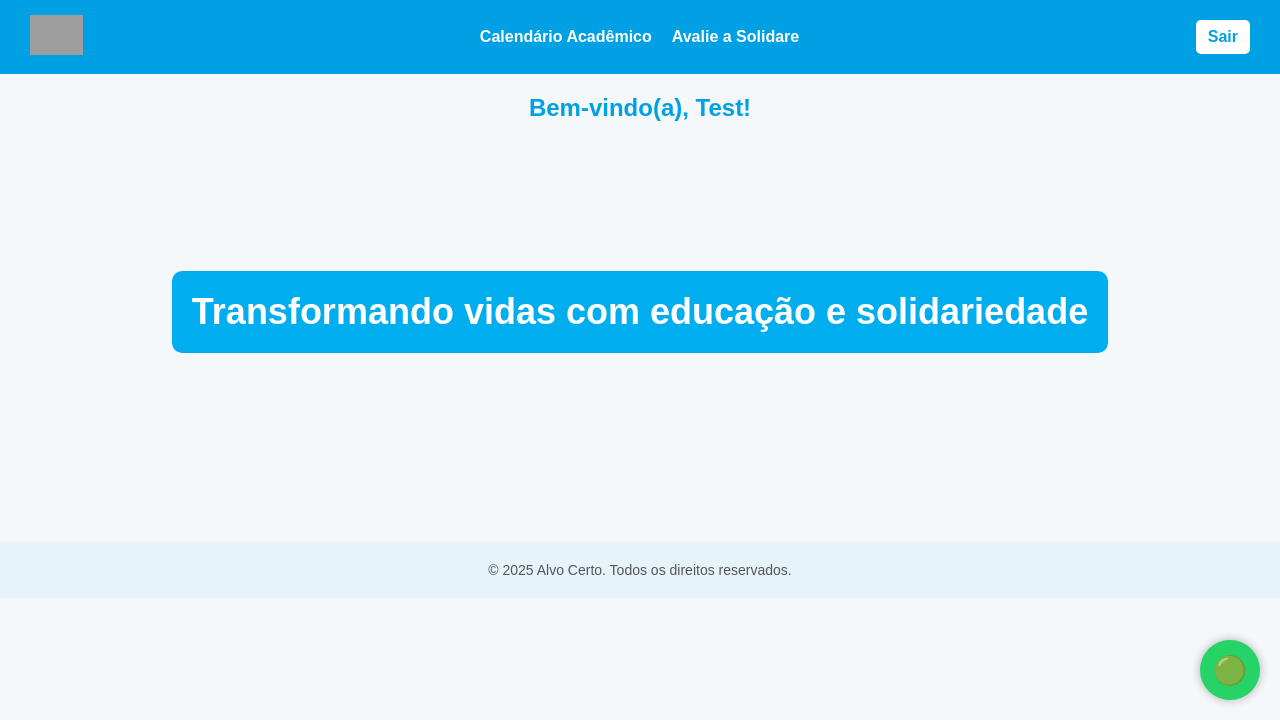
Repository: Guilherme-burle/Portal-do-Aluno-P2
Page: http://localhost/
An editor plug-in stored every save of this project. The page is shown before and after the next save, followed by the edit.
The browser window is 1280 px wide. The pictures show the whole page.
Pictures or frames that could not be fetched are drawn as grey boxes. The page is served by the project's application, run on Django 5.2 (PortaldoAluno/manage.py). A made-up administrator, testuser (Test User, test@example.com), is signed in. Other server files are loaded and not shown.

Above is the page before, as saved 2025-05-16 16:50:42.

### PortaldoAluno/Aplicativo/templates/home.html
<!DOCTYPE html>
<html lang="pt-BR">
<head>
  <meta charset="UTF-8">
  <title>Home - Alvo Certo</title>
  <style>
    * {
      box-sizing: border-box;
    }

    body {
      margin: 0;
      font-family: Arial, sans-serif;
      background-color: #f5f8fa;
    }

    header {
      background-color: #00a0e4;
      padding: 15px 30px;
      display: flex;
      align-items: center;
      justify-content: space-between;
      position: sticky;
      top: 0;
      z-index: 1000;
      flex-wrap: wrap;
    }

    .logo img {
      height: 40px;
    }

    nav ul {
      list-style: none;
      margin: 0;
      padding: 0;
      display: flex;
      gap: 20px;
    }

    nav ul li a {
      color: white;
      text-decoration: none;
      font-weight: bold;
      transition: color 0.3s ease;
    }

    nav ul li a:hover {
      color: #ccefff;
    }

    .auth-buttons {
      display: flex;
      gap: 10px;
    }

    .auth-buttons a {
      background-color: white;
      color: #00a0e4;
      padding: 8px 12px;
      border-radius: 5px;
      text-decoration: none;
      font-weight: bold;
    }

    .auth-buttons a:hover {
      background-color: #e6f4fa;
    }

    .banner {
      background-size: cover;
      background-position: center;
      height: 340px;
      display: flex;
      align-items: center;
      justify-content: center;
      color: white;
      text-align: center;
      animation: zoomIn 20s infinite alternate ease-in-out;
    }

    @keyframes zoomIn {
      from {
        background-size: 100%;
      }
      to {
        background-size: 110%;
      }
    }

    .banner h1 {
      background-color: rgb(0, 174, 239);
      padding: 20px;
      border-radius: 10px;
      font-size: 36px;
    }

    .whatsapp-float {
      position: fixed;
      bottom: 20px;
      right: 20px;
      background-color: #25d366;
      color: white;
      border-radius: 50%;
      width: 60px;
      height: 60px;
      display: flex;
      align-items: center;
      justify-content: center;
      font-size: 28px;
      box-shadow: 0 0 10px rgba(0,0,0,0.3);
      z-index: 999;
      text-decoration: none;
    }

    footer {
      background-color: #e6f4fa;
      text-align: center;
      padding: 20px;
      margin-top: 60px;
      font-size: 14px;
      color: #555;
    }

    @media (max-width: 768px) {
      nav ul {
        flex-wrap: wrap;
        gap: 10px;
        margin-top: 10px;
      }

      .auth-buttons {
        margin-top: 10px;
      }

      .banner h1 {
        font-size: 24px;
        padding: 10px;
      }
    }
  </style>
</head>
<body>

  <header>
    <div class="logo">
      <img src="https://i.imgur.com/7H8lMIL.png" alt="Logo Alvo Certo">
    </div>

    <nav>
      <ul>
        {% if user.is_authenticated %}
        <li><a href="{% url 'calendario' %}">Calendário Acadêmico</a></li>
        <li><a href="{% url 'avaliacao' %}">Avalie a Solidare</a></li>
        {% endif %}
      </ul>
    </nav>

    <div class="auth-buttons">
      {% if user.is_authenticated %}
        <a href="{% url 'logout' %}">Sair</a>
      {% else %}
        <a href="{% url 'login' %}">Login</a>
        <a href="{% url 'cadastro' %}">Cadastro</a>
      {% endif %}
    </div>
  </header>

  {% if user.is_authenticated %}
  <h2 style="text-align: center; color: #00a0e4; margin-top: 20px;">
    Bem-vindo(a), {{ user.first_name|default:"usuário" }}!
  </h2>
  {% endif %}

  <section class="banner">
    <h1>Transformando vidas com educação e solidariedade</h1>
  </section>

  <a class="whatsapp-float" href="https://wa.me/5581932514480" target="_blank" title="Fale conosco no WhatsApp">
    🟢
  </a>

  <footer>
    © 2025 Alvo Certo. Todos os direitos reservados.
  </footer>

</body>
</html>

### PortaldoAluno/Aplicativo/decorators.py
from django.shortcuts import redirect

def login_required(view_func):
    def wrapper(request, *args, **kwargs):
        if not request.user.is_authenticated:
            return redirect('login')
        return view_func(request, *args, **kwargs)
    return wrapper

### PortaldoAluno/Aplicativo/views.py
from django.contrib.auth import logout
from django.contrib.auth.models import User
from django.shortcuts import render, redirect, get_object_or_404
from django.contrib.auth import authenticate, login as auth_login
from .models import Aluno, Avaliacao, EventoCalendario
from django.contrib import messages
from django.urls import reverse
from .decorators import login_required
from django.contrib.auth.hashers import make_password
from datetime import datetime
from datetime import date

@login_required
def home(request):
    return render(request, 'home.html')

@login_required
def home_adm(request):
    alunos = Aluno.objects.all()
    return render(request, 'homeadm.html', {'alunos': alunos})

def cadastro(request):
    if request.method == 'POST':
        nome = request.POST.get('nome')
        email = request.POST.get('email')
        senha = request.POST.get('senha')
        is_admin = request.POST.get('is_admin') == 'on'

        print(f"Nome: {nome}")
        print(f"E-mail: {email}")
        print(f"Senha: {senha}")
        print(f"Administrador: {is_admin}")

        if User.objects.filter(email=email).exists():
            return render(request, 'cadastro.html', {'mensagem': 'E-mail já está em uso.'})

        try:
            user = User.objects.create_user(
                username=email,
                email=email,
                password=senha,
                first_name=nome,
                is_superuser=is_admin,
                is_staff=is_admin
            )
            user.save()

            print(f"Usuário {user.username} cadastrado com sucesso!")

            return redirect('login')

        except Exception as e:
            print(f"Erro ao criar o usuário: {e}")
            return render(request, 'cadastro.html', {
                'mensagem': 'Erro ao cadastrar o usuário. Tente novamente.',
                'tipo_mensagem': 'error'
            })

    return render(request, 'cadastro.html')

def login(request):
    if request.method == 'POST':
        username = request.POST.get('username')
        password = request.POST.get('password')

        print(f"Username: {username}, Password: {password}")
        user = authenticate(request, username=username, password=password)

        if user:
            print("Usuário autenticado!")
            auth_login(request, user)
            return redirect('homeadm') if user.is_staff else redirect('home')
        else:
            print("Dados inválidos")
            return render(request, 'login.html', {'erro': 'Credenciais inválidas'})

    return render(request, 'login.html')

@login_required
def logout_view(request):
    logout(request)
    return redirect('home')

@login_required
def add_aluno(request):
    if request.method == 'POST':
        nome = request.POST.get('nome')
        data_nascimento = request.POST.get('data_nascimento')
        escolaridade = request.POST.get('escolaridade')
        turno = request.POST.get('turno')
        escola = request.POST.get('escola')
        endereco = request.POST.get('endereco')
        bairro = request.POST.get('bairro')
        telefone = request.POST.get('telefone')
        curso = request.POST.get('curso')

        if not all([nome, data_nascimento, escolaridade, turno, escola, endereco, bairro, telefone, curso]):
            return render(request, 'add.html', {'erro': 'Todos os campos são obrigatórios'})

        aluno = Aluno.objects.create(
            nome=nome,
            data_nascimento=data_nascimento,
            escolaridade=escolaridade,
            turno=turno,
            escola=escola,
            endereco=endereco,
            bairro=bairro,
            telefone=telefone,
            curso=curso,
        )

        aluno.save()

        messages.success(request, 'Aluno cadastrado com sucesso!')
        return render(request, 'add.html')

    return render(request, 'add.html')

@login_required
def ver(request):
    alunos = Aluno.objects.all()

    return render(request, 'ver.html', {'alunos': alunos})

@login_required
def deletar_alunos(request, aluno_id):
    aluno = get_object_or_404(Aluno, id=aluno_id)
    aluno.delete()
    return redirect(request.META.get('HTTP_REFERER', 'ver'))

@login_required
def editar_alunos(request, aluno_id):
    aluno = get_object_or_404(Aluno, id=aluno_id)

    if request.method == 'POST':
        nome = request.POST.get('nome')
        data_nascimento = request.POST.get('data_nascimento')
        escolaridade = request.POST.get('escolaridade')
        turno = request.POST.get('turno')
        escola = request.POST.get('escola')
        endereco = request.POST.get('endereco')
        bairro = request.POST.get('bairro')
        telefone = request.POST.get('telefone')
        curso = request.POST.get('curso')

        alterado = (
            nome != aluno.nome or
            data_nascimento != str(aluno.data_nascimento) or
            escolaridade != aluno.escolaridade or
            turno != aluno.turno or
            escola != aluno.escola or
            endereco != aluno.endereco or
            bairro != aluno.bairro or
            telefone != aluno.telefone or
            curso != aluno.curso
        )

        if alterado:
            aluno.nome = nome
            aluno.data_nascimento = data_nascimento
            aluno.escolaridade = escolaridade
            aluno.turno = turno
            aluno.escola = escola
            aluno.endereco = endereco
            aluno.bairro = bairro
            aluno.telefone = telefone
            aluno.curso = curso
            aluno.save()
            messages.success(request, 'Informações atualizadas com sucesso!')
        else:
            messages.error(request, 'Você precisa alterar alguma informação.')

    return render(request, 'editar.html', {'aluno': aluno})

@login_required
def avaliar_solidare(request):
    if request.method == 'POST':
        pergunta_1 = request.POST.get('pergunta_1')
        pergunta_2 = request.POST.get('pergunta_2')
        pergunta_3 = request.POST.get('pergunta_3')
        sugestao = request.POST.get('sugestao', '')

        if not all([pergunta_1, pergunta_2, pergunta_3]):
            messages.error(request, 'Responda todos os campos.')
            return render(request, 'avaliacao.html')

        Avaliacao.objects.create(
            pergunta_1=pergunta_1,
            pergunta_2=pergunta_2,
            pergunta_3=pergunta_3,
            sugestao=sugestao
        )
        messages.success(request, 'Avaliação enviada com sucesso!')

    return render(request, 'avaliacao.html')

@login_required
def calendario(request):
    hoje = date.today()
    eventos = EventoCalendario.objects.filter(user=request.user).order_by('data')
    meses = ["Janeiro", "Fevereiro", "Março", "Abril", "Maio", "Junho", "Julho", "Agosto", "Setembro", "Outubro", "Novembro", "Dezembro"]
    dias_semana = ["Dom", "Seg", "Ter", "Qua", "Qui", "Sex", "Sab"]
    contexto = {
        'meses': meses,
        'dias_semana': dias_semana,
        'eventos': eventos,
        'ano_atual': hoje.year,
        'mes_atual': hoje.month - 1
    }
    return render(request, 'calendario.html', contexto)

@login_required
def add_eventos(request):
    data = request.GET.get('data')

    if request.method == 'POST':
        nome = request.POST.get('nome')
        descricao = request.POST.get('descricao')


        if nome and data:
            EventoCalendario.objects.create(nome=nome, data=data, descricao=descricao, user=request.user)
            from django.contrib import messages
            messages.success(request, "Evento adicionado com sucesso!")
            return redirect('calendario')
        else:
            return render(request, 'add_eventos.html', {'erro': 'Dados incompletos.', 'data': data})

    if not data:
        return render(request, 'erro.html', {'mensagem': 'Data não informada.'})

    return render(request, 'add_eventos.html', {'data': data})

### PortaldoAluno/projeto/urls.py
"""
URL configuration for portal project.

The `urlpatterns` list routes URLs to views. For more information please see:
    https://docs.djangoproject.com/en/5.2/topics/http/urls/
Examples:
Function views
    1. Add an import:  from my_app import views
    2. Add a URL to urlpatterns:  path('', views.home, name='home')
Class-based views
    1. Add an import:  from other_app.views import Home
    2. Add a URL to urlpatterns:  path('', Home.as_view(), name='home')
Including another URLconf
    1. Import the include() function: from django.urls import include, path
    2. Add a URL to urlpatterns:  path('blog/', include('blog.urls'))
"""
from django.contrib import admin
from django.urls import path, include

urlpatterns = [
    path('admin/', admin.site.urls),
    path('', include('Aplicativo.urls')),
]

### PortaldoAluno/Aplicativo/urls.py
from django.urls import path
from . import views

urlpatterns = [
    path('', views.home, name='home'),
    path('login/', views.login, name='login'),
    path('logout/', views.logout_view, name='logout'),
    path('cadastro/', views.cadastro, name='cadastro'),
    path('add/', views.add_aluno, name='add'),
    path('homeadm/', views.home_adm, name='homeadm'),
    path('ver/', views.ver, name='ver'),
    path('ver/<int:aluno_id>/deletar', views.deletar_alunos, name='deletar'),
    path('ver/<int:aluno_id>/editar', views.editar_alunos, name='editar'),
    path('avaliacao/', views.avaliar_solidare, name='avaliacao'),
    path('calendario/', views.calendario, name='calendario'),
    path('add_eventos/', views.add_eventos, name='add_eventos'),
]

After the next save:
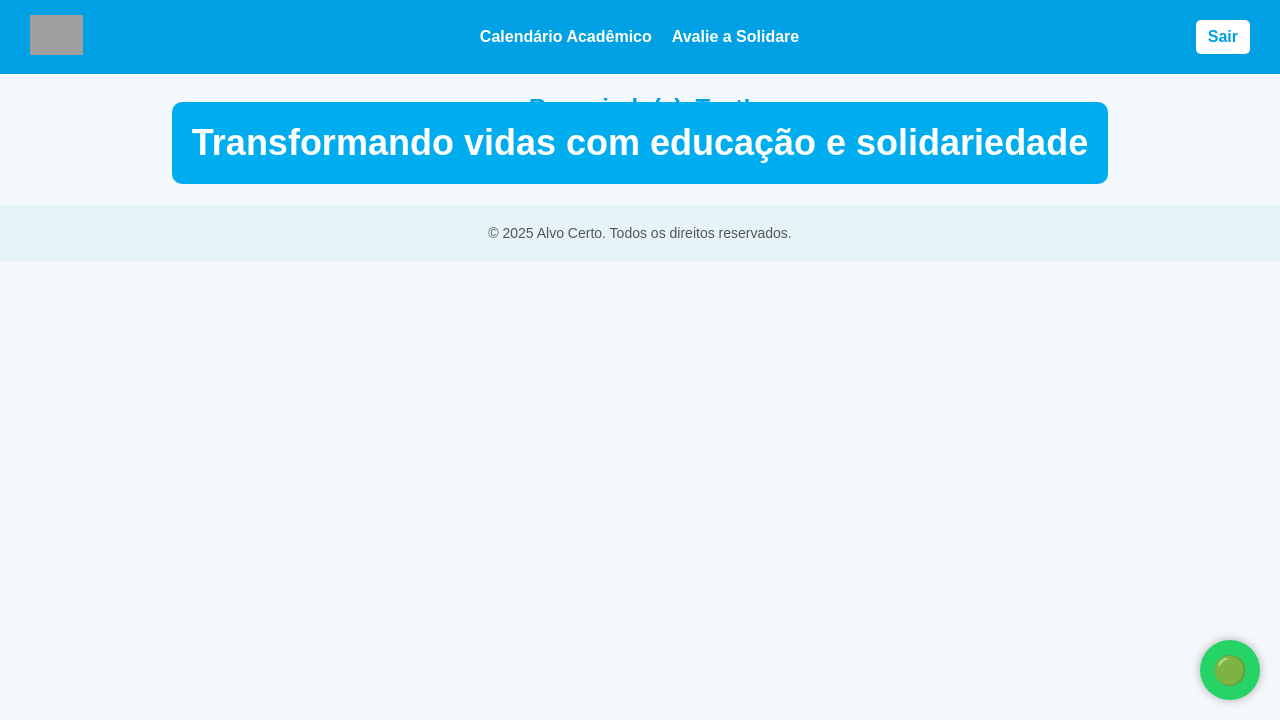
Saved 6 s later.
--- a/PortaldoAluno/Aplicativo/templates/home.html
+++ b/PortaldoAluno/Aplicativo/templates/home.html
@@ -70,7 +70,7 @@
     .banner {
       background-size: cover;
       background-position: center;
-      height: 340px;
+      height: 3px;
       display: flex;
       align-items: center;
       justify-content: center;
